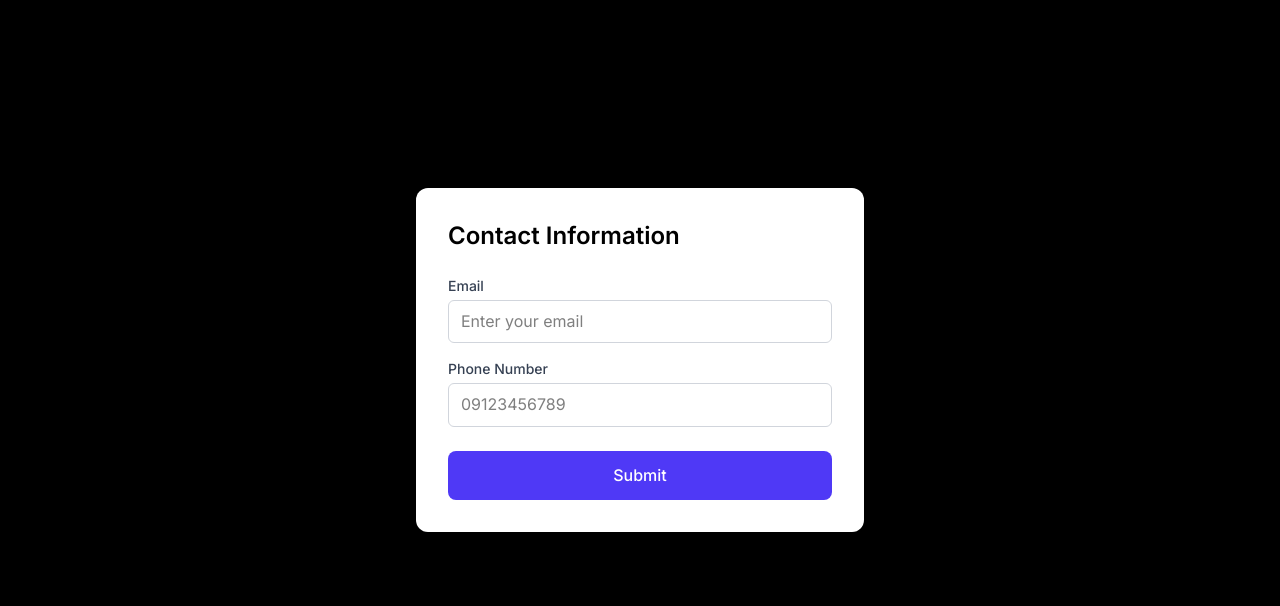
Repository: Rickyy1017/online-bookstore
Page: / (app in frontend/)
An editor plug-in stored every save of this project. The page is shown before and after the next save, followed by the edit.
The browser window is 1280 px wide. The pictures show the whole page.
The project was rebuilt for these pictures with package versions that can differ from the ones it lists, and the page was loaded fresh each time. The framework's server and built-in components were replaced by stand-ins that run in the browser. Also part of the build but not shown: frontend/next.config.ts.

Above is the page before, as saved 2025-10-16 21:29:02.

After the next save:
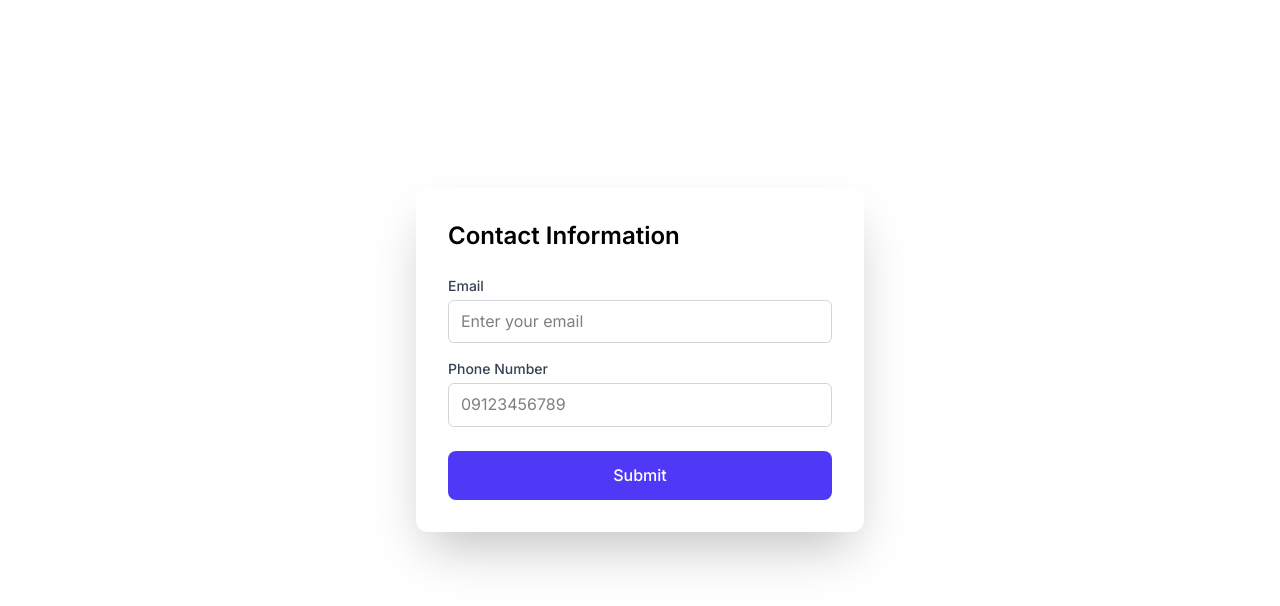
Saved 73 s later.
--- a/frontend/app/page.tsx
+++ b/frontend/app/page.tsx
@@ -298,7 +298,7 @@ export default function Page() {
       )}
 
       {!hasSubmitted && (
-        <div className="fixed inset-0 bg-black bg-opacity-30 backdrop-blur-md flex justify-center items-center z-50">
+        <div className="fixed inset-0 backdrop-blur-md flex justify-center items-center z-50">
           <div className="bg-white p-8 rounded-xl shadow-2xl max-w-md w-full mx-4">
             <div className="flex justify-between items-center mb-6">
               <h2 className="text-2xl font-bold text-gray-900">Contact Information</h2>
